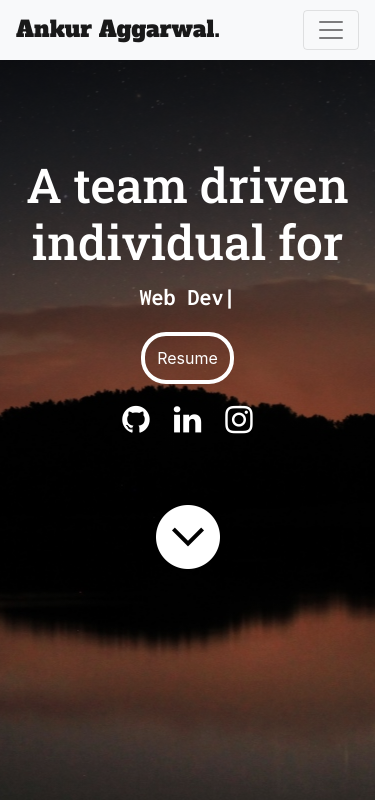
Repository: AnkurDevv/PersonalWebsite
Page: index.html
These files come from the project's save history. The page is drawn as it stood at one moment and after the next save; the edit follows.
The browser window is 375 px wide. The pictures show the whole page.
Some web fonts or font styles are not loaded; a fallback is used.

Above is the page before, as saved 2020-09-13 16:48:55.

### index.html
<!DOCTYPE html>
<html>

<head>
  <meta charset="utf-8">
  <meta http-equiv="X-UA-Compatible" content="IE=edge">
  <title>Ankur Aggarwal</title>
  <meta name="description" content="">
  <meta name="viewport" content="width=device-width, initial-scale=1">
  <!-- FONT AWESOME FOR SOCIAL MEDIA ICONS -->
  <link rel="stylesheet" href="https://cdnjs.cloudflare.com/ajax/libs/font-awesome/4.7.0/css/font-awesome.min.css">
  <!-- Importing Bootstrap here -->
  <link rel="stylesheet" href="https://stackpath.bootstrapcdn.com/bootstrap/4.4.1/css/bootstrap.min.css"
    integrity="sha384-Vkoo8x4CGsO3+Hhxv8T/Q5PaXtkKtu6ug5TOeNV6gBiFeWPGFN9MuhOf23Q9Ifjh" crossorigin="anonymous">
  <!--CUSTOM CSS FOR THE PAGE  -->
  <link rel="stylesheet" href="./style/index.css">
  <!-- FOR COOL ANIMATION EFFECTS -->
  <link rel="stylesheet" href="./style/animate.css">
  <!-- FOR COOL TYPING EFFECTS -->
  <script src="https://cdn.jsdelivr.net/npm/typed.js@2.0.11"></script>
  <!-- FOR GOOGLE FONTS - START -->
  <!-- for main heading -->
  <link
    href="https://fonts.googleapis.com/css2?family=Merienda:wght@700&family=Pacifico&family=Roboto&family=Roboto+Slab:wght@500&display=swap"
    rel="stylesheet">
  <!-- For Sub heading -->
  <link
    href="https://fonts.googleapis.com/css2?family=Inconsolata:wght@700&family=Merienda:wght@700&family=Pacifico&family=Roboto&family=Roboto+Slab:wght@500&display=swap"
    rel="stylesheet">
  <!-- For Navbar Logo -->
  <link href="https://fonts.googleapis.com/css2?family=Alfa+Slab+One&display=swap" rel="stylesheet">
  <!-- FOR GOOGLE FONTS - END -->
</head>

<body>
  <header>
    <nav class="navbar navbar-expand-lg navbar-light bg-light">
      <a class="navbar-brand" id="Brand-logo">Ankur Aggarwal.</a>
      <button class="navbar-toggler" type="button" data-toggle="collapse" data-target="#navbarNav"
        aria-controls="navbarNav" aria-expanded="false" aria-label="Toggle navigation">
        <span class="navbar-toggler-icon"></span>
      </button>
      <div class="collapse navbar-collapse" id="navbarNav">
        <ul class="navbar-nav">
          <li class="nav-item active">
            <a class="nav-link" href="#">Home</a>
          </li>
          <li class="nav-item active">
            <a class="nav-link" href="#">About</a>
          </li>
          <!-- <li class="nav-item active">
            <a class="nav-link" href="#">Why Me?</a>
          </li> -->
          <li class="nav-item active">
            <a class="nav-link" href="#">Skills</a>
          </li>
          <li class="nav-item active">
            <a class="nav-link" href="#">Projects</a>
          </li>
          <li class="nav-item active">
            <a class="nav-link" href="#">Contact</a>
          </li>
        </ul>
      </div>
    </nav>


    <!-- FIRST IMPRESSION SECTION - START -->
    <section class="first-impression-section">
      <div class="row first-impression-row">
        <h1 class="text-center animated fadeInDown" id="MainNameHeading">A team driven individual for
        </h1>
      </div>
      <div class="row">
        <h3 id="MainSubHeading">
          <span id="typed" style="white-space:pre;"></span>
          <!-- <span class="typed-cursor typed-cursor--blink">|</span> -->
        </h3>
      </div>

      <!-- RESUME BUTTON - START -->
      <div class="row" id="ResumeDiv">
        <a type="button" href="https://drive.google.com/file/d/129eEq26ATzqey1-hpHnRXs40bzbBVkSX/view?usp=sharing"
          target="blank" class="btn btn-primary" id="ResumeBtn">Resume</a>
      </div>
      <!-- RESUME BUTTON - END -->

      <!-- SOCIAL LINKS -->
      <div class="socialLinksDiv">
        <!-- github link -->
        <a href="https://github.com/AnkurDevv" target="blank" class="social-link"><i
            class="fa fa-github fa-2x text-white"></i></a>
        <!-- linkedin link -->
        <a href="https://www.linkedin.com/in/ankur-aggarwal2112/" target="blank" class="social-link"><i
            class="fa fa-linkedin fa-2x text-white"></i></a>
        <!-- instagram link -->
        <a href="https://www.instagram.com/ankur_2112/?hl=en" target="blank" class="social-link"><i
            class="fa fa-instagram fa-2x text-white"></i></a>
      </div>

      <!-- SCROLL DOWN INDICATOR -->
      <div class="scrollDownDiv">
        <a href="">
          <img src="images/downward Arrow.png" alt="" id="scroll-down-arrow" class="animate-flicker">
        </a>
      </div>
    </section>
    <!-- FIRST IMPRESSION SECTION - END -->


  </header>

  <script>
    // JS FOR COOL TYPING EFFECT USING TYPE.JS -  START
    var options = {
      strings: ['Web Development.', 'Software Engineering.', 'Product Development.'],
      typeSpeed: 100,
      loop: true,
      backDelay: 800,
      backSpeed: 80,
      startDelay: 1000,
    };
    var typed = new Typed('#typed', options);
// JS FOR COOL TYPING EFFECT USING TYPE.JS -  END
  </script>

  <!-- NECESSARY JS FOR BOOTSTRAP - START -->
  <script src="https://code.jquery.com/jquery-3.4.1.slim.min.js"
    integrity="sha384-J6qa4849blE2+poT4WnyKhv5vZF5SrPo0iEjwBvKU7imGFAV0wwj1yYfoRSJoZ+n"
    crossorigin="anonymous"></script>
  <script src="https://cdn.jsdelivr.net/npm/popper.js@1.16.0/dist/umd/popper.min.js"
    integrity="sha384-Q6E9RHvbIyZFJoft+2mJbHaEWldlvI9IOYy5n3zV9zzTtmI3UksdQRVvoxMfooAo"
    crossorigin="anonymous"></script>
  <script src="https://stackpath.bootstrapcdn.com/bootstrap/4.4.1/js/bootstrap.min.js"
    integrity="sha384-wfSDF2E50Y2D1uUdj0O3uMBJnjuUD4Ih7YwaYd1iqfktj0Uod8GCExl3Og8ifwB6"
    crossorigin="anonymous"></script>
  <!-- NECESSARY JS FOR BOOTSTRAP - END -->

  <!-- ADDING JQUERY - START -->
  <script src="https://ajax.googleapis.com/ajax/libs/jquery/3.5.1/jquery.min.js"></script>
  <!-- ADDING JQUERY - END -->

  <!-- CUSTOM JS FOR THE PAGE - START  -->
  <script src="index.js"></script>
  <!-- CUSTOM JS FOR THE PAGE - END  -->
</body>

</html>

### style/index.css
body{
  margin-left: 0;
  margin-right: 0;
}

/* NAVBAR CSS - START */

#Brand-logo{
  font-family: 'Alfa Slab One', cursive;
  font-size: 270%;
}

.navbar-nav{
  margin-left: auto;
}

.nav-link{
  font-size: 155%;
  font-weight: 700;
  padding: 2vw!important;
}

@media only screen and (max-width: 992px) {
  .nav-link{
    text-align: center;
  }
}

@media only screen and (max-width: 600px) {

  #Brand-logo{
    font-size: 140%;
  }

  .navbar-nav{
    height: 100vh;
  }

  .nav-link{
    margin: 5vh auto;
  }

}

/* NAVBAR CSS - END */

/* FIRST IMPRESSION SECTION CSS - START */
header{
  height: 100vh; /* Takes 100% of the screen size */
  background: linear-gradient(rgba(0, 0, 0, 0.9), rgba(0, 0, 0, 0)), url(../images/sunset_skyline_lake_reflection_114025_1920x1080.jpg)no-repeat center center fixed;
  background-position: center;
  overflow: hidden;
  backdrop-filter: blur(10px);
}

#MainNameHeading{
  margin: 0 auto;
  margin-top: 12vh;
  font-size: 395%;
  color: white;
  font-family: 'Roboto Slab', serif;
  padding-bottom: 3%;
}

#MainSubHeading{
  margin: 0 auto;
  color: white;
  text-align: -webkit-center;
  font-family: 'Inconsolata', monospace;
  font-size: xx-large;
}

#ResumeBtn{
  -webkit-appearance: button;
  -moz-appearance: button;
  appearance: button;
  margin: 5% auto;
  margin-bottom: 2%;
  padding: 10px 3%;
  background-color: transparent;
  border: 4px solid white;
  border-radius: 25px;
}

#ResumeBtn:hover{
  background-color: white;
  color: black;
  font-weight: 700;
  font-size: 130%;
}

.socialLinksDiv{
  display: flex;
  justify-content: center;
  margin-bottom: 2%;
}

.social-link{
  margin: 12px;
}

.scrollDownDiv{
  display: flex;
  justify-content: center;
}

#scroll-down-arrow{
  max-width: 8vh;
}
                /* ADD A FLCIKER ANIMATION TO SCROLL DOWN IMG */

@keyframes flickerAnimation {
  0%   { opacity:1; }
  50%  { opacity:0; }
  100% { opacity:1; }
}
@-o-keyframes flickerAnimation{
  0%   { opacity:1; }
  50%  { opacity:0; }
  100% { opacity:1; }
}
@-moz-keyframes flickerAnimation{
  0%   { opacity:1; }
  50%  { opacity:0; }
  100% { opacity:1; }
}
@-webkit-keyframes flickerAnimation{
  0%   { opacity:1; }
  50%  { opacity:0; }
  100% { opacity:1; }
}

.animate-flicker {
  -webkit-animation: flickerAnimation 1s infinite;
  -moz-animation: flickerAnimation 1s infinite;
  -o-animation: flickerAnimation 1s infinite;
   animation: flickerAnimation 1s infinite;
}

            /* ADD A FLCIKER ANIMATION TO SCROLL DOWN IMG */

@media only screen and (max-width: 600px) {
  #MainNameHeading{
    font-size: 300%;
    margin-top: 12vh;
  }
  #MainSubHeading{
    font-size: x-large;
  }
  .socialLinksDiv{
    margin-bottom: 15%;
  }
}
/* FIRST IMPRESSION SECTION CSS - ENDS */

### index.js
// CHANGING NAVBAR COLOR WHEN A USER HOVERS OVER A LINK
$(document).ready(function () {

  // makes nav transparent when user hovers on a link
  $(".nav-link").hover(function () {
    $('.navbar').addClass('bg-dark').removeClass('bg-light');
    $('#Brand-logo').css("color", "white");
    $('.nav-link').css("color", "white");
    $('.navbar-toggler').css("color", "white");
  });

  // makes nav non-transparent when user hovers on a link
  $(".navbar").mouseleave(function () {
    $('.navbar').addClass('bg-light').removeClass('bg-dark');
    $('#Brand-logo').css("color", "black");
    $('.nav-link').css("color", "black");
    $('.navbar-toggler').css("color", "black");
  });

});

Loaded but not shown: style/animate.css (library)

After the next save:
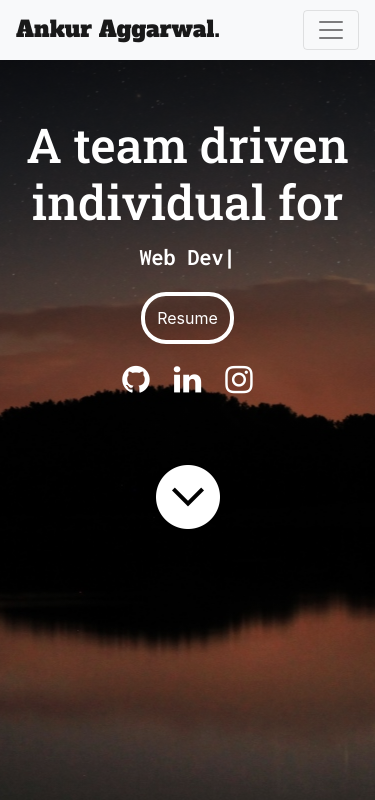
Saved 50 s later.
--- a/style/index.css
+++ b/style/index.css
@@ -142,7 +142,7 @@ header{
 @media only screen and (max-width: 600px) {
   #MainNameHeading{
     font-size: 300%;
-    margin-top: 12vh;
+    margin-top: 7vh;
   }
   #MainSubHeading{
     font-size: x-large;
